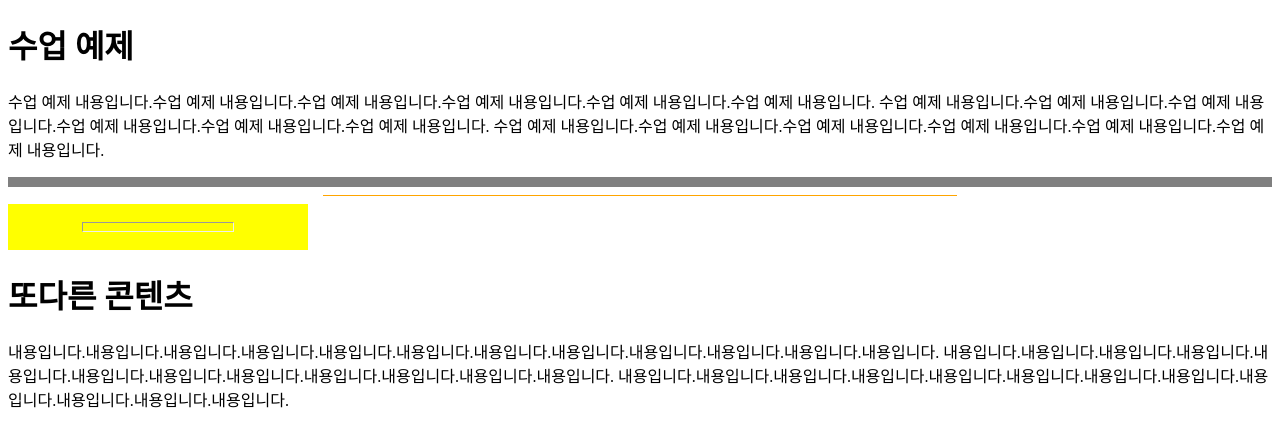
Repository: JeongWoo-Jang/Edu-Backup
Page: 5. HTML & CSS & JSP/ClientTest/WebContent/ex08_hr.html
These files come from the project's save history. The page is drawn as it stood at one moment and after the next save; the edit follows.
The browser window is 1280 px wide. The pictures show the whole page.

Above is the page before, as saved 2020-06-19 00:34:47.

After the next save:
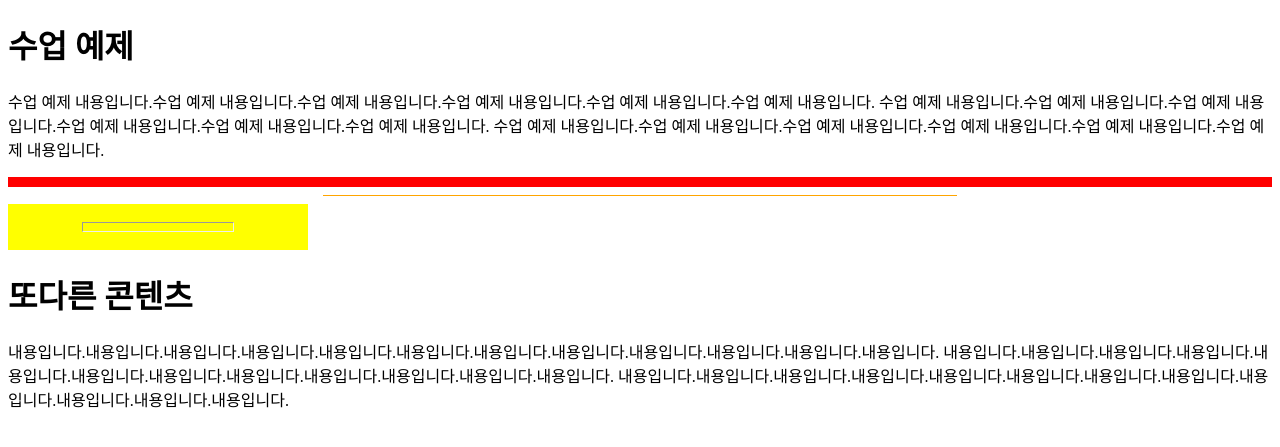
Saved 102 s later.
--- a/5. HTML & CSS & JSP/ClientTest/WebContent/ex08_hr.html
+++ b/5. HTML & CSS & JSP/ClientTest/WebContent/ex08_hr.html
@@ -42,7 +42,7 @@
 
    -->
 
-   <hr size="10" noshade>
+   <hr size="10" noshade color="red">
 
    <hr align="center" width="50%" color="orange" size="1">
 
